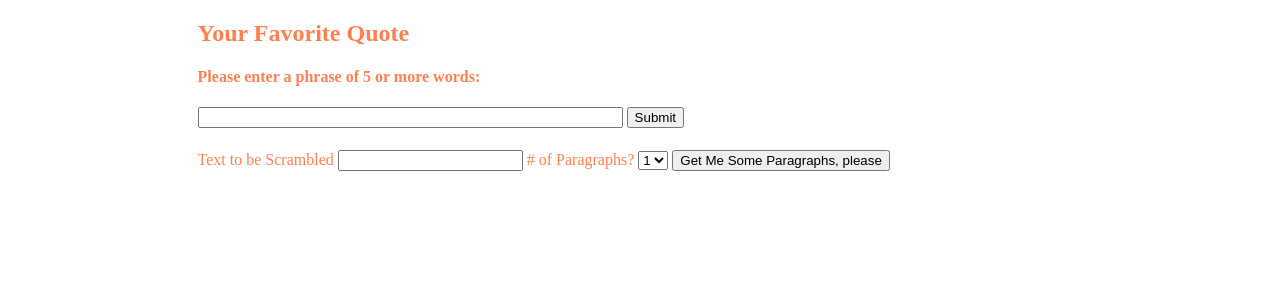
Repository: oduong1/COSW30
Page: homework/hw4/quote.html
The author's editor kept a record of every edit. The page is drawn from the files as they stood at one moment, then again after the next edit.
The browser window is 1280 px wide. The pictures show the whole page.

Above is the page before.

After the next edit:
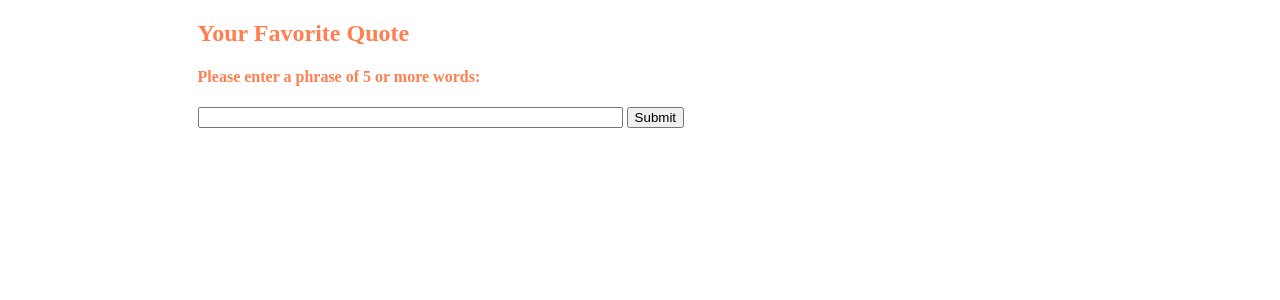
The edit:
--- a/homework/hw4/quote.html
+++ b/homework/hw4/quote.html
@@ -25,26 +25,7 @@
         <input type="text" name="phrase" size="50" maxlength="150">
         <input type="submit" name="submit" value="Submit">
     </p>
-    </form>
 
-
-        <form action="quote_process.php" method="POST">
-            <h4></h4>
-            <label for="">Text to be Scrambled</label>
-            <input type="text" id="text" name="text">
-
-            <label for=""># of Paragraphs?</label>
-            <select id="paragraphs" name="paragraphs">
-
-                <option value="1">1</option>
-                <option value="2">2</option>
-                <option value="3">3</option>
-                <option value="4">4</option>
-                <option value="5">5</option>
-
-
-            </select>
-            <button>Get Me Some Paragraphs, please</button>
         </form>
     </body>
 
